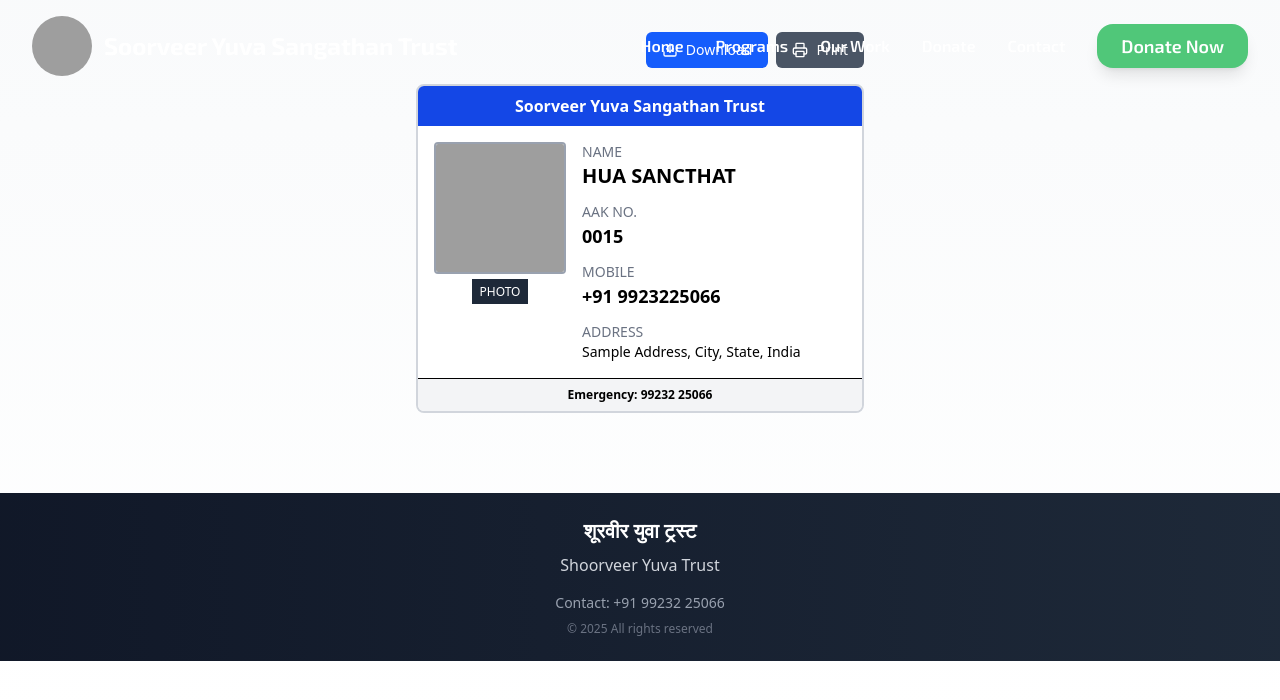
Repository: A-y-u-s-h-29/Soorveeryuvasangathan
Page: /volunteer/card (app in op/)
The author's editor kept a copy of each file at every save. The page is drawn from the files as they stood at one save, then again after the next save.
The browser window is 1280 px wide. The pictures show the whole page.
Pictures or frames that could not be fetched are drawn as grey boxes. Some web fonts or font styles are not loaded; a fallback is used. The project was rebuilt for these pictures with package versions that can differ from the ones it lists, and the page was loaded fresh each time. Also part of the build but not shown: op/vite.config.js, op/src/components/ImageSlider.jsx, op/src/components/Home.jsx, op/src/components/VideoPage.jsx, op/src/components/VolunteerPage.jsx, op/src/services/api.js, op/src/components/VolunteerForm.jsx. Imported but missing from the stored project, and not drawn on this page: op/src/components/AboutSection.

Above is the page before, as saved 2025-12-02 16:00:19.

After the next save:
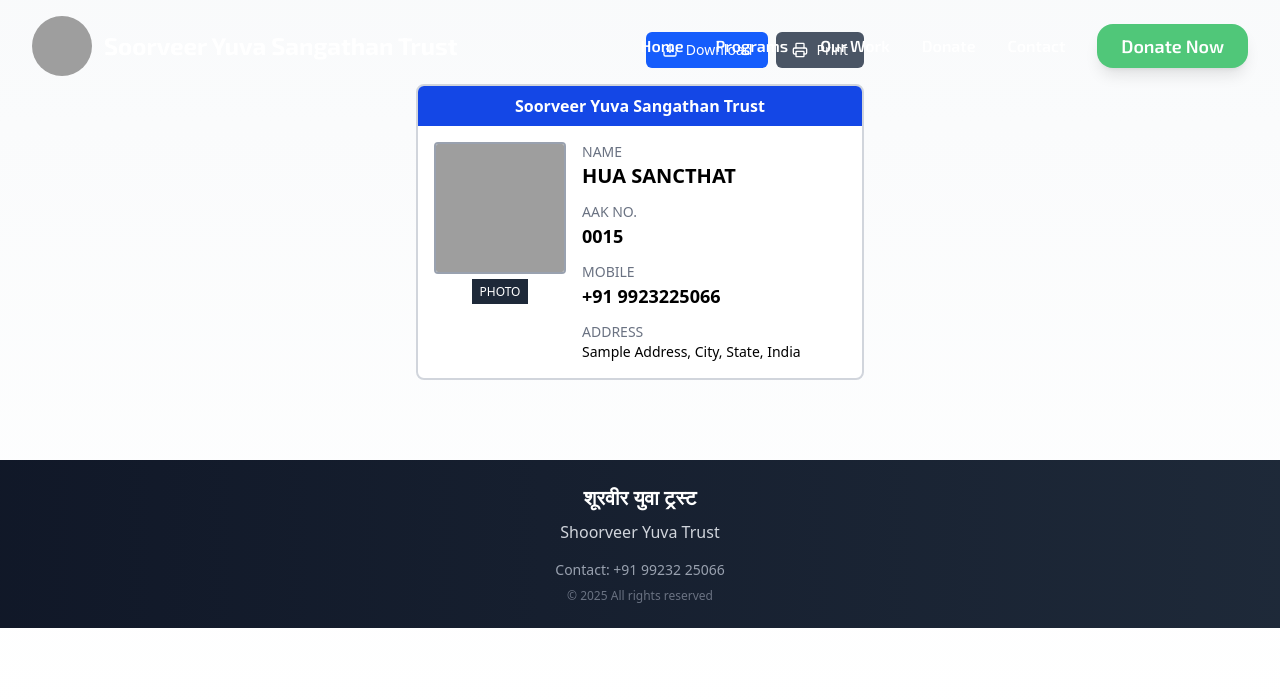
Saved 12 s later.
--- a/op/src/components/VolunteerCard.jsx
+++ b/op/src/components/VolunteerCard.jsx
@@ -122,10 +122,6 @@
           </div>
         </div>
 
-        {/* Footer */}
-        <div className="bg-gray-100 py-2 px-4 text-center text-xs border-t">
-          <div className="font-semibold">Emergency: 99232 25066</div>
-        </div>
       </div>
     </div>
   );
